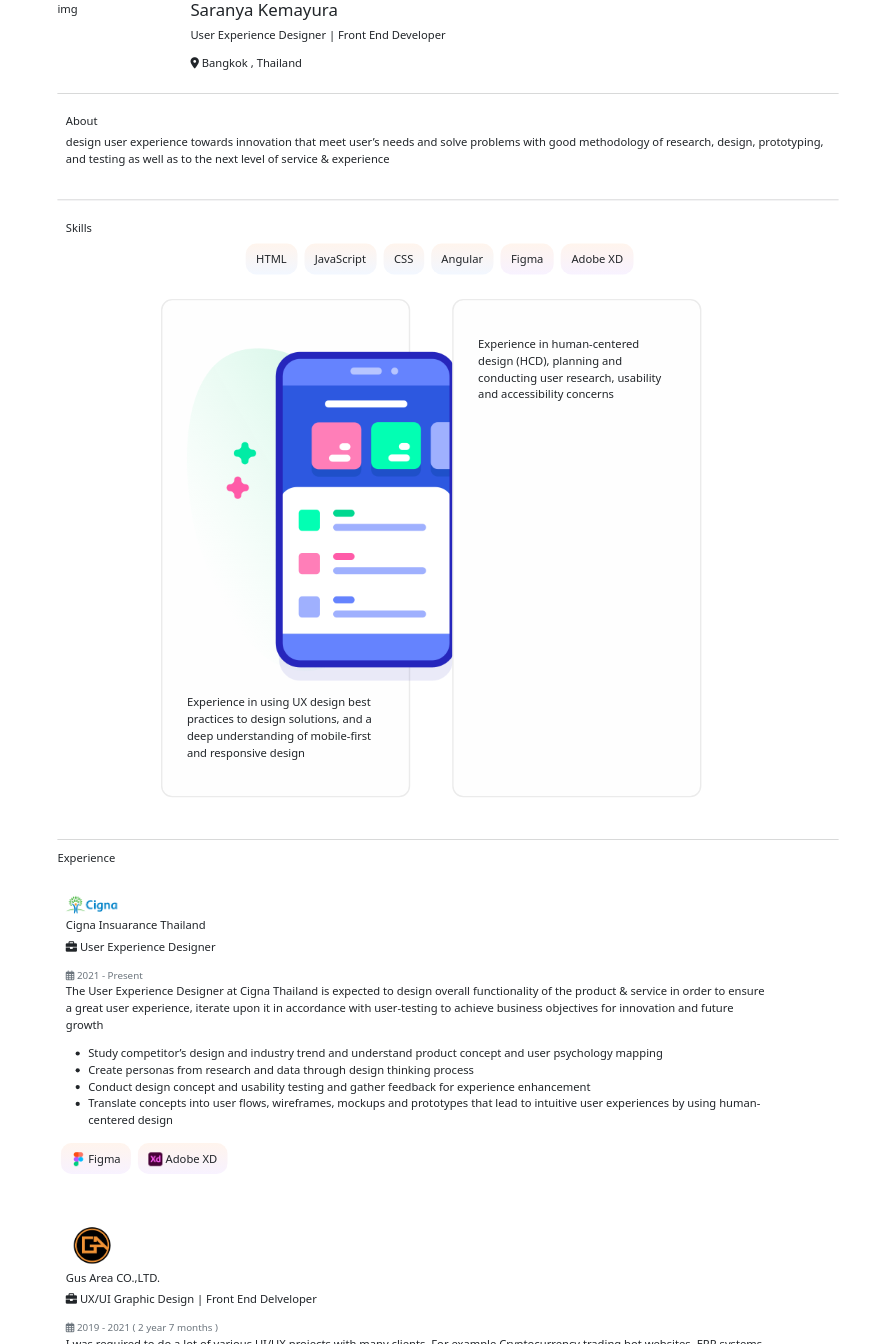
Repository: 0910th/portfolio
Page: index.html
These files come from the project's save history. The page is drawn as it stood at one moment and after the next save; the edit follows.
The browser window is 1280 px wide. The pictures show the part of the page from y = 0 to 1920 px (the page is 3239 px tall), at 70% of full size.

Above is the page before, as saved 2022-12-23 15:21:35.

### index.html
<!doctype html>
<html lang="en">

<head>
    <meta charset="utf-8">
    <meta name="viewport" content="width=device-width, initial-scale=1">
    <title>Saranya Portfolio</title>

    <link href="./css/bootstrap.min.css" rel="stylesheet" crossorigin="anonymous">
    <link href="./css/mystyle.css" rel="stylesheet" crossorigin="anonymous">
    <!--font awesome -->
    <link rel="stylesheet" href="./fontawesome/css/all.css" type="text/css">
    <link rel="stylesheet" href="./fontawesome/css/fontawesome.css">
    <link rel="stylesheet" href="./fontawesome/css/brands.css">
    <link rel="stylesheet" href="./fontawesome/css/solid.css">
</head>

<body>

    <div class="container-md">
        <!-- Content here -->
        <!-- section01 Name  -->
        <div class="row justify-content-start">
            <div class="col-2">
                img
            </div>
            <div class="col-10">
                <h4>Saranya Kemayura</h4>
                <p>User Experience Designer | Front End Developer</p>
                <p><i class="fa-solid fa-location-dot"></i> Bangkok , Thailand </p>
            </div>

        </div>
        <hr>
        <div class="row mg-30">

            <h6>About</h6>
            <p>design user experience towards innovation that meet user’s needs and solve problems with good methodology of
                research,
                design, prototyping, and testing as well as to the next level of service & experience</p>
        </div>
        <hr>
        <div class="row mg-30">
            <h6>Skills</h6>
            <div class="row justify-content-center">
                <div class="badge-text code">HTML</div>
                <div class="badge-text code">JavaScript</div>
                <div class="badge-text code">CSS</div>
                <div class="badge-text code">Angular</div>
                <div class="badge-text design">Figma</div>
                <div class="badge-text design">Adobe XD</div>
            </div>


            <div class="row">
                <div class="row justify-content-center">
                    <div class="col-md-4 col-sm-12 card-skills">
                        <img src="/images/user-interface.png">
                        Experience in using UX design best practices to design solutions, and a deep understanding of mobile-first and
                        responsive design
                    </div>
                    <div class="col-md-4 col-sm-12 card-skills">
                        Experience in human-centered design (HCD), planning and conducting user research, usability and accessibility concerns
                    </div>
                </div>
            </div>

        </div>
        <hr>
        <div class="row">

            <h6>Experience</h6>
            <div class="row mg-30 vertical-line">
                <div class="col">
                    <img class="office-logo" src="/images/cignalogo.png">
                </div>
                <div class="col-11">
                    <h6> Cigna Insuarance Thailand </h6>
                    <p><i class="fa-solid fa-briefcase"></i> User Experience Designer </p>
                    <small class="text-muted"> <i class="fa-regular fa-calendar-days"></i> 2021 - Present </small>

                    <p > The User Experience Designer at Cigna Thailand is expected to design overall functionality of the product & service in
                    order to ensure a great user experience, iterate upon it in accordance with user-testing to achieve business objectives
                    for innovation and future growth </p>
                        <ul>
                            <li>Study competitor’s design and industry trend and understand product concept and user psychology mapping</li>
                            <li>Create personas from research and data through design thinking process</li>
                            <li>Conduct design concept and usability testing and gather feedback for experience enhancement</li>
                            <li>Translate concepts into user flows, wireframes, mockups and prototypes that lead to intuitive user experiences by
                            using human-centered design</li>
                        </ul>
                        <div class="row">
                            <div class="badge-text design"><img src="/images/figma.png" class="icon-logo"> Figma </div>
                            <div class="badge-text design"><img src="/images/xd.png" class="icon-logo"> Adobe XD </div>

                        </div>
                </div>

            </div>
            <div class="row mg-30 vertical-line">
                <div class="col">
                    <img class="office-logo" src="/images/guslogo.png">
                </div>
                <div class="col-11">
                    <h6> Gus Area CO.,LTD.   </h6>
                    <p> <i class="fa-solid fa-briefcase"></i> UX/UI Graphic Design | Front End Delveloper </p>
                    <small class="text-muted"> <i class="fa-regular fa-calendar-days"></i> 2019 - 2021 ( 2 year 7 months ) </small>

                    <p> I was required to do a lot of various UI/UX projects with many clients. For example Cryptocurrency trading bot websites,
                    ERP systems for factory companies, Web applications for government, Web applications for Home Inspection, Application
                    Video Editor for TV boarding cast and many websites contents.  </p>
                    <div class="row">
                        <div class="badge-text code"><img src="/images/html-5.png" class="icon-logo"> HTML </div>
                        <div class="badge-text code"><img src="/images/css-3.png" class="icon-logo"> CSS </div>
                        <div class="badge-text code"><img src="/images/js.png" class="icon-logo"> JavaScript </div>
                        <div class="badge-text code"><img src="/images/angular.png" class="icon-logo"> Angular </div>
                    </div>
                    <div class="align-end">
                        <a href="https://drive.google.com/file/d/1GT6gE9DtqS3qcQ0BoRsfJf4KunN4CFvU/view?usp=share_link" target="_blank"> view
                            more <i class="fa-sharp fa-solid fa-arrow-right"></i> </a>
                    </div>

                </div>

            </div>
            <div class="row mg-30 vertical-line">
                <div class="col">
                    <img class="office-logo" src="/images/orangelogo.jpg">
                </div>
                <div class="col-11">
                    <h6> Orange Technologies Solutions   </h6>
                    <p> <i class="fa-solid fa-briefcase"></i> Graphics Design </p>
                    <small class="text-muted"> <i class="fa-regular fa-calendar-days"></i> 2018 ( 3 months Internship ) </small>

                    <p> Determining the structure and design of web pages and made
                        ensuring web design is optimized for smartphones. Utilizing a variety of
                        markup languages to write web pages. Support customer in maintenance
                        service program. </p>
                    <div class="row">
                        <div class="badge-text code"><img src="/images/html-5.png" class="icon-logo"> HTML </div>
                        <div class="badge-text code"><img src="/images/css-3.png" class="icon-logo"> CSS </div>
                    </div>
                    <div class="align-end">
                        <a href="https://drive.google.com/file/d/1MODC7KRE6SoKk1lN0rvdMFdlt3xqDC_x/view?usp=sharing" target="_blank"> view
                            more <i class="fa-sharp fa-solid fa-arrow-right"></i> </a>
                    </div>
                </div>

            </div>
            <div class="row mg-30 vertical-line">
                <div class="col">
                    <img class="office-logo" src="/images/siamlogo.jpg">
                </div>
                <div class="col-11">
                    <h6> Siam University </h6>
                    <p> <i class="fa-solid fa-graduation-cap"></i> Bachelor of Science,Computer Science </p>
                    <small class="text-muted"> <i class="fa-regular fa-calendar-days"></i> Jun 2014 - Oct 2018 </small>

                    <div class="row mg-30">
                        <div class="col-md-2"> Project Name </div>
                        <div class="col-md-10"> Web application management of data for cooperation and public
                        relations. </div>
                    </div>
                    <div class="row mg-30">
                        <div class="col-md-2"> Description </div>
                        <div class="col-md-10"> Manage Co-Operated Case Study For Baan Fah Green Park Royal
                            Thonburirom </div>
                    </div>
                    <div class="row mg-30">
                        <div class="col-md-2"> Responsibilities </div>
                        <div class="col-md-10"> Front-End, UX/UI Design, System Algorithm Design, Project Management. </div>
                    </div>
                    <div class="row">
                        <div class="row">
                            <div class="badge-text code"><img src="/images/html-5.png" class="icon-logo"> HTML </div>
                            <div class="badge-text code"><img src="/images/css-3.png" class="icon-logo"> CSS </div>
                            <div class="badge-text code"><img src="/images/js.png" class="icon-logo"> JavaScript </div>
                            <div class="badge-text code"><img src="/images/angular.png" class="icon-logo"> Angular </div>
                            <div class="badge-text code"><img src="/images/firebaselogo.png" class="icon-logo"> Firebase </div>

                        </div>
                    </div>
                    <div class="align-end">
                        <a href="https://drive.google.com/file/d/1-WiQ9sEVFjpiMQZhy3hezphQuEG-YV4b/view?usp=sharing" target="_blank"> view more <i class="fa-sharp fa-solid fa-arrow-right"></i> </a>
                    </div>
                </div>

            </div>
        </div>
        <hr>
        <h6>Licenses & Certificate</h6>
        <div class="row">


                <div class="col-md-6 mg-30">
                    <div class="row">
                        <div class="col-md-2">
                            <img class="office-logo" src="/images/tdclogo.jpg">
                        </div>
                        <div class="col-md-10">
                            <h6>User Experience UX(Design):Design Solutions for your Users</h6>
                            <p>Thammasat Design Center (TDC)</p>
                            <small class="text-muted"> Issued Feb 2022 </small>
                            <div class="">
                                <a class="btn btn-outline-primary"
                                    href="https://drive.google.com/file/d/1K9nLmPM9IpYpREJaLTQpupgg0pyApNxf/view?usp=sharing" target="_blank">Show
                                    credential <i class="fa-solid fa-up-right-from-square"></i> </a>
                            </div>
                        </div>
                    </div>

                </div>
                <div class="col-md-6 mg-30">
                    <div class="row">
                        <div class="col-md-2">
                            <img class="office-logo" src="/images/skooldiologo.jpg">
                        </div>
                        <div class="col-md-10">
                            <h6>UX Writing</h6>
                            <p>Skooldio (TDC)</p>
                            <small class="text-muted"> Issued Dec 2022 </small>
                            <div class="">
                                <a class="btn btn-outline-primary" href="https://drive.google.com/file/d/1BEAHY4evkZaUVi4WXsF9LlQV7Dov4a3x/view?usp=sharing" target="_blank">Show credential <i class="fa-solid fa-up-right-from-square"></i> </a>
                            </div>
                        </div>
                    </div>

                </div>

        </div>

    </div>

    <!-- script -->
    <script src="https://cdn.jsdelivr.net/npm/@popperjs/core@2.11.6/dist/umd/popper.min.js"
        integrity="sha384-oBqDVmMz9ATKxIep9tiCxS/Z9fNfEXiDAYTujMAeBAsjFuCZSmKbSSUnQlmh/jp3"
        crossorigin="anonymous"></script>
    <script src="https://cdn.jsdelivr.net/npm/bootstrap@5.2.3/dist/js/bootstrap.min.js"
        integrity="sha384-cuYeSxntonz0PPNlHhBs68uyIAVpIIOZZ5JqeqvYYIcEL727kskC66kF92t6Xl2V"
        crossorigin="anonymous"></script>
</body>

</html>

### css/mystyle.css

.text-right {
    text-align: right;
}
.mg-30 {
    margin: 30px 0px;
}
.badge-text {
    padding: 10px 15px;
    margin: 5px 5px;
    text-align: justify;
    vertical-align: middle;
    width: max-content;
    border-radius: 15px;

}
.badge-text.code {
    background-color: #f0f8ff;
    background: linear-gradient(180deg,rgba(255,153,80,.1),rgba(129, 177, 255, 0.1));
}
.badge-text.design {
    background-color: #fff3b7;
    background: linear-gradient(180deg,rgba(255,153,80,.1),rgba(184,129,255,.1));

}
.card-skills{
    background: #fefefe;
    border-radius: 16px;
    z-index: 0;
    border: 2px solid #ebebeb;
    padding: 50px 35px;
    margin: 30px;
}
.icon-logo {
    max-width: 20px;
    height: auto;
}
.office-logo {
    max-width: 75px;
}
.align-end {
    text-align: right;
}
.align-end a {
    text-decoration: none;
    color: #6fb9fa;
}
.align-end a:hover {
    color:#54adfa;
}
a.btn.btn-outline-primary {
    margin: 10px 0;
    color:  #6fb9fa;
    border: 2px solid #6fb9fa;

}
a.btn.btn-outline-primary:hover {
    color:  #ffffff;
    border-color: #54adfa;
    background-color:  #54adfa;
}
@media (max-width:450px) {
    .vertical-line {
        border-left: 2px solid #e3e3e3;
        margin-left: 15px;
    }
}

Loaded but not shown: css/bootstrap.min.css (library); fontawesome/css/all.css (library); fontawesome/css/fontawesome.css (library); fontawesome/css/solid.css (common file); fontawesome/css/brands.css (1432 lines, source omitted)

After the next save:
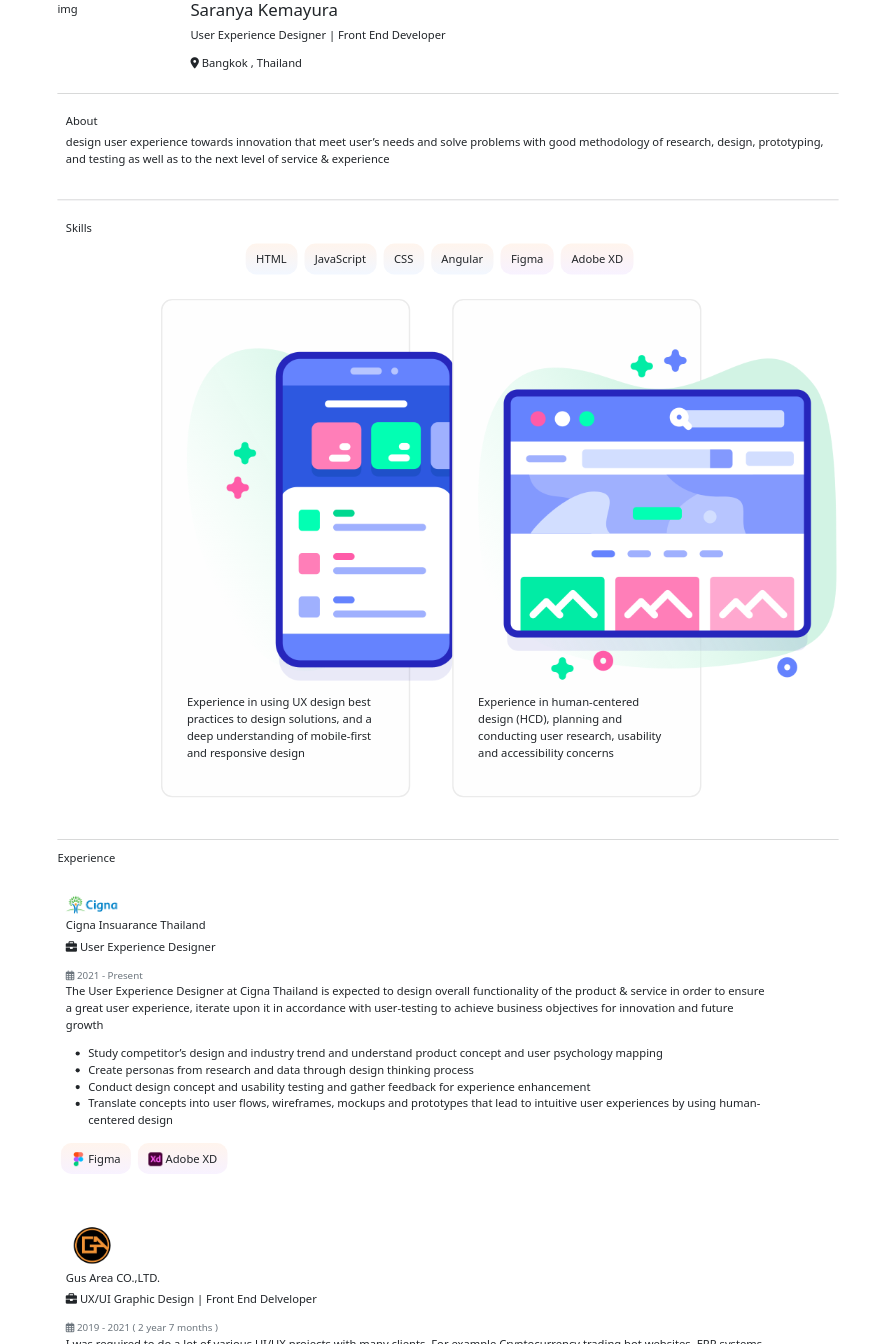
Saved 61 s later.
--- a/index.html
+++ b/index.html
@@ -55,11 +55,12 @@
             <div class="row">
                 <div class="row justify-content-center">
                     <div class="col-md-4 col-sm-12 card-skills">
-                        <img src="/images/user-interface.png">
+                        <img class="card-icon" src="/images/user-interface.png">
                         Experience in using UX design best practices to design solutions, and a deep understanding of mobile-first and
                         responsive design
                     </div>
                     <div class="col-md-4 col-sm-12 card-skills">
+                        <img class="card-icon" src="/images/user-interface-research.png">
                         Experience in human-centered design (HCD), planning and conducting user research, usability and accessibility concerns
                     </div>
                 </div>
